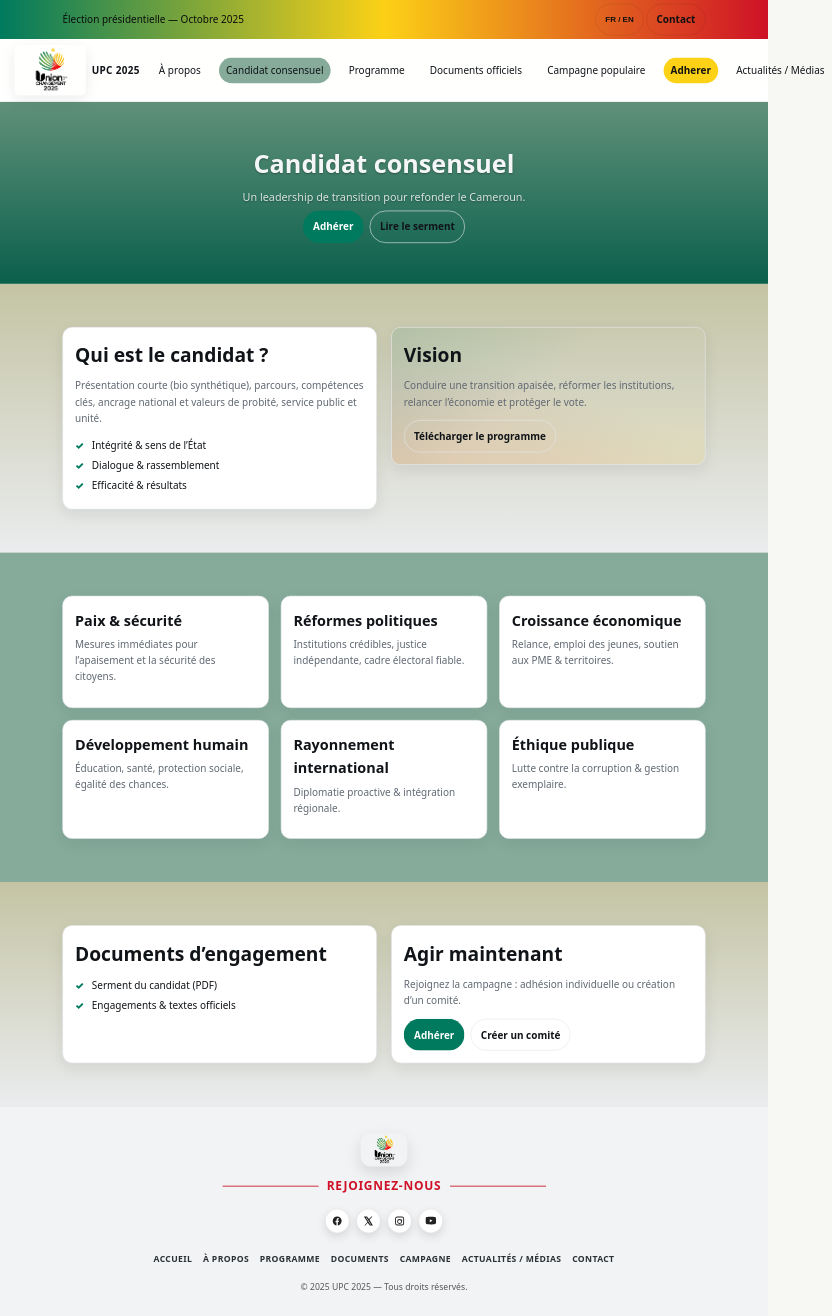
Repository: Kishny/upc2025
Page: candidat.html
The author's editor kept a copy of each file at every save. The page is drawn from the files as they stood at one save, then again after the next save.
The browser window is 1280 px wide. The page is 1386 px wide, so the pictures cover 1386 px, including what lies to the right of the window. The pictures show the whole page, at 60% of full size.

Above is the page before, as saved 2025-09-11 20:19:24.
Console error: ReferenceError: DICT_ABOUT is not defined

### candidat.html
<!DOCTYPE html>
<html lang="fr">
  <head>
    <meta charset="utf-8" />
    <meta name="viewport" content="width=device-width,initial-scale=1" />
    <title data-i18n="candidate_meta_title">
      Candidat consensuel — UPC 2025
    </title>
    <meta
      name="description"
      content="Présentation du candidat consensuel, vision et engagements UPC 2025."
    />
    <link rel="preload" href="assets/css/styles.css" as="style" />
    <link rel="stylesheet" href="assets/css/styles.css" />
    <link rel="icon" href="assets/img/logo.png" />
  </head>
  <body>
    <!-- Topbar -->
    <div class="topbar">
      <div class="container">
        <span class="topbar__msg" data-i18n="topbar_msg"
          >Élection présidentielle — Octobre 2025</span
        >
        <div class="topbar__actions">
          <button
            id="langToggle"
            class="btn btn--ghost"
            aria-label="Toggle language"
          >
            FR / EN
          </button>
          <a class="btn btn--ghost" href="contact.html" data-i18n="contact"
            >Contact</a
          >
        </div>
      </div>
    </div>

    <!-- Header / Nav -->
    <header class="header">
      <div class="container header__inner">
        <a href="index.html" class="brand">
          <img src="assets/img/logo.png" alt="UPC 2025" class="brand__logo" />
          <span class="brand__title">UPC 2025</span>
        </a>

        <nav id="nav" class="nav" aria-label="Navigation principale">
          <a href="a-propos.html" data-i18n="nav_about">À propos</a>
          <!-- AJOUTER juste après "À propos" (ordre au choix) -->
          <a href="candidat.html" data-i18n="nav_candidate"
            >Candidat consensuel</a
          >
          <a href="programme.html" data-i18n="nav_program">Programme</a>
          <a href="documents.html" data-i18n="nav_docs">Documents officiels</a>
          <a href="campagne-populaire.html" data-i18n="nav_campaign"
            >Campagne populaire</a
          >
          <!-- MODIFIER l’existant : ancien href="participez.html" -->
          <a href="adherer.html" class="nav__cta" data-i18n="nav_join"
            >Adherer</a
          >
          <a href="actualites-medias.html" data-i18n="nav_news_media"
            >Actualités / Médias</a
          >
        </nav>

        <button id="burger" class="burger" aria-label="Menu">
          <span></span><span></span><span></span>
        </button>
      </div>
    </header>

    <!-- Hero -->
    <section class="hero" style="min-height: clamp(220px, 42vh, 520px)">
      <div class="hero__content container">
        <h1 class="hero__title" data-i18n="candidate_title">
          Candidat consensuel
        </h1>
        <p class="hero__subtitle" data-i18n="candidate_subtitle">
          Un leadership de transition pour refonder le Cameroun.
        </p>
        <div class="hero__cta">
          <a
            href="participez.html#adhesion"
            class="btn btn--primary"
            data-i18n="cta_join_short"
            >Adhérer</a
          >
          <a
            href="documents-officiels.html#oath"
            class="btn btn--outline"
            data-i18n="candidate_read_oath"
            >Lire le serment</a
          >
        </div>
      </div>
    </section>

    <main>
      <!-- Présentation courte -->
      <section class="section">
        <div class="container grid-2" style="align-items: start">
          <article class="card">
            <h2 data-i18n="candidate_who_title">Qui est le candidat ?</h2>
            <p data-i18n="candidate_who_text">
              Présentation courte (bio synthétique), parcours, compétences clés,
              ancrage national et valeurs de probité, service public et unité.
            </p>
            <ul class="checklist">
              <li data-i18n="candidate_value_1">Intégrité & sens de l’État</li>
              <li data-i18n="candidate_value_2">Dialogue & rassemblement</li>
              <li data-i18n="candidate_value_3">Efficacité & résultats</li>
            </ul>
          </article>

          <aside class="card gradient-cm">
            <h2 data-i18n="candidate_vision_title">Vision</h2>
            <p data-i18n="candidate_vision_text">
              Conduire une transition apaisée, réformer les institutions,
              relancer l’économie et protéger le vote.
            </p>
            <a
              href="programme.html"
              class="btn btn--outline"
              data-i18n="cta_program"
              >Télécharger le programme</a
            >
          </aside>
        </div>
      </section>

      <!-- Engagements clés -->
      <section class="section section--alt">
        <div class="container cards">
          <article class="card">
            <h3 data-i18n="candidate_pillar_1">Paix & sécurité</h3>
            <p data-i18n="candidate_pillar_1_desc">
              Mesures immédiates pour l’apaisement et la sécurité des citoyens.
            </p>
          </article>
          <article class="card">
            <h3 data-i18n="candidate_pillar_2">Réformes politiques</h3>
            <p data-i18n="candidate_pillar_2_desc">
              Institutions crédibles, justice indépendante, cadre électoral
              fiable.
            </p>
          </article>
          <article class="card">
            <h3 data-i18n="candidate_pillar_3">Croissance économique</h3>
            <p data-i18n="candidate_pillar_3_desc">
              Relance, emploi des jeunes, soutien aux PME & territoires.
            </p>
          </article>
          <article class="card">
            <h3 data-i18n="candidate_pillar_4">Développement humain</h3>
            <p data-i18n="candidate_pillar_4_desc">
              Éducation, santé, protection sociale, égalité des chances.
            </p>
          </article>
          <article class="card">
            <h3 data-i18n="candidate_pillar_5">Rayonnement international</h3>
            <p data-i18n="candidate_pillar_5_desc">
              Diplomatie proactive & intégration régionale.
            </p>
          </article>
          <article class="card">
            <h3 data-i18n="candidate_pillar_6">Éthique publique</h3>
            <p data-i18n="candidate_pillar_6_desc">
              Lutte contre la corruption & gestion exemplaire.
            </p>
          </article>
        </div>
      </section>

      <!-- Documents / Preuves d’engagement -->
      <section class="section">
        <div class="container grid-2">
          <div class="card">
            <h2 data-i18n="candidate_docs_title">Documents d’engagement</h2>
            <ul class="checklist">
              <li>
                <a
                  href="assets/docs/UPC_2025_Oath_Candidat.pdf"
                  target="_blank"
                  data-i18n="candidate_doc_oath"
                  >Serment du candidat (PDF)</a
                >
              </li>
              <li>
                <a
                  href="documents-officiels.html"
                  data-i18n="candidate_doc_commitment"
                  >Engagements & textes officiels</a
                >
              </li>
            </ul>
          </div>
          <div class="card">
            <h2 data-i18n="candidate_cta_title">Agir maintenant</h2>
            <p data-i18n="candidate_cta_text">
              Rejoignez la campagne : adhésion individuelle ou création d’un
              comité.
            </p>
            <div class="hero__cta" style="justify-content: flex-start">
              <a
                href="participez.html#adhesion"
                class="btn btn--primary"
                data-i18n="cta_join_short"
                >Adhérer</a
              >
              <a
                href="campagne-populaire.html#comite"
                class="btn btn--outline"
                data-i18n="cta_create_committee"
                >Créer un comité</a
              >
            </div>
          </div>
        </div>
      </section>
    </main>

    <!-- Footer -->
    <footer class="footer footer--clean">
      <div class="container footer__wrap">
        <!-- Logo -->
        <img src="assets/img/logo.png" alt="UPC 2025" class="footer__logo" />

        <!-- Titre + lignes -->
        <div class="footer__titleline">
          <span class="footer__line"></span>
          <h3 class="footer__title">REJOIGNEZ-NOUS</h3>
          <span class="footer__line"></span>
        </div>

        <!-- Réseaux -->
        <ul class="footer__socials">
          <li>
            <a class="sbtn" href="#" aria-label="Facebook" title="Facebook">
              <!-- FB SVG -->
              <svg
                viewBox="0 0 24 24"
                width="18"
                height="18"
                fill="currentColor"
                aria-hidden="true"
              >
                <path
                  d="M22 12.06C22 6.49 17.52 2 12 2S2 6.49 2 12.06c0 5.02 3.66 9.18 8.44 9.94v-7.03H8.08v-2.9h2.36V9.41c0-2.33 1.39-3.61 3.52-3.61.99 0 2.02.18 2.02.18v2.23h-1.14c-1.12 0-1.47.7-1.47 1.42v1.71h2.5l-.4 2.9h-2.1V22c4.78-.76 8.44-4.92 8.44-9.94z"
                />
              </svg>
            </a>
          </li>
          <li>
            <a class="sbtn" href="#" aria-label="X / Twitter" title="X">
              <!-- X SVG -->
              <svg
                viewBox="0 0 24 24"
                width="18"
                height="18"
                fill="currentColor"
                aria-hidden="true"
              >
                <path
                  d="M18.9 2H21l-6.47 7.39L22 22h-6.86l-4.69-6.12L4.9 22H3l6.92-7.91L2 2h6.97l4.27 5.73L18.9 2zm-2.41 18h1.35L7.63 4H6.2l10.29 16z"
                />
              </svg>
            </a>
          </li>
          <li>
            <a class="sbtn" href="#" aria-label="Instagram" title="Instagram">
              <!-- IG SVG -->
              <svg
                viewBox="0 0 24 24"
                width="18"
                height="18"
                fill="currentColor"
                aria-hidden="true"
              >
                <path
                  d="M7 2h10a5 5 0 0 1 5 5v10a5 5 0 0 1-5 5H7a5 5 0 0 1-5-5V7a5 5 0 0 1 5-5zm0 2a3 3 0 0 0-3 3v10a3 3 0 0 0 3 3h10a3 3 0 0 0 3-3V7a3 3 0 0 0-3-3H7zm5 3.5a5.5 5.5 0 1 1 0 11 5.5 5.5 0 0 1 0-11zm0 2a3.5 3.5 0 1 0 0 7 3.5 3.5 0 0 0 0-7zm5.25-.75a1 1 0 1 1 0 2 1 1 0 0 1 0-2z"
                />
              </svg>
            </a>
          </li>
          <li>
            <a class="sbtn" href="#" aria-label="YouTube" title="YouTube">
              <!-- YT SVG -->
              <svg
                viewBox="0 0 24 24"
                width="18"
                height="18"
                fill="currentColor"
                aria-hidden="true"
              >
                <path
                  d="M23.5 6.2s-.23-1.64-.94-2.35c-.9-.94-1.9-.95-2.36-1C16.5 2.5 12 2.5 12 2.5h0s-4.5 0-8.2.35c-.46.06-1.46.06-2.36 1C.73 4.55.5 6.2.5 6.2S.25 8.1.25 10v1.99c0 1.9.25 3.8.25 3.8s.23 1.64.94 2.35c.9.94 2.09.91 2.62 1.02C6.14 19.4 12 19.5 12 19.5s4.5 0 8.2-.35c.46-.06 1.46-.06 2.36-1 .71-.71.94-2.35.94-2.35s.25-1.9.25-3.8V10c0-1.9-.25-3.8-.25-3.8zM9.75 15.02V7.98l6.01 3.52-6.01 3.52z"
                />
              </svg>
            </a>
          </li>
        </ul>

        <!-- Navigation -->
        <nav class="footer__nav">
          <a href="index.html">Accueil</a>
          <a href="a-propos.html">À propos</a>
          <a href="programme.html">Programme</a>
          <a href="documents-officiels.html">Documents</a>
          <a href="campagne-populaire.html">Campagne</a>
          <a href="actualites-medias.html">Actualités / Médias</a>
          <a href="contact.html">Contact</a>
        </nav>

        <!-- Copyright -->
        <small class="footer__copy">
          © <span id="year"></span> UPC 2025 — Tous droits réservés.
        </small>
      </div>
    </footer>
    <script src="assets/js/app.js" defer></script>
  </body>
</html>

Loaded but not shown: assets/js/app.js (1171 lines, source omitted); assets/css/styles.css (1756 lines, source omitted)

After the next save:
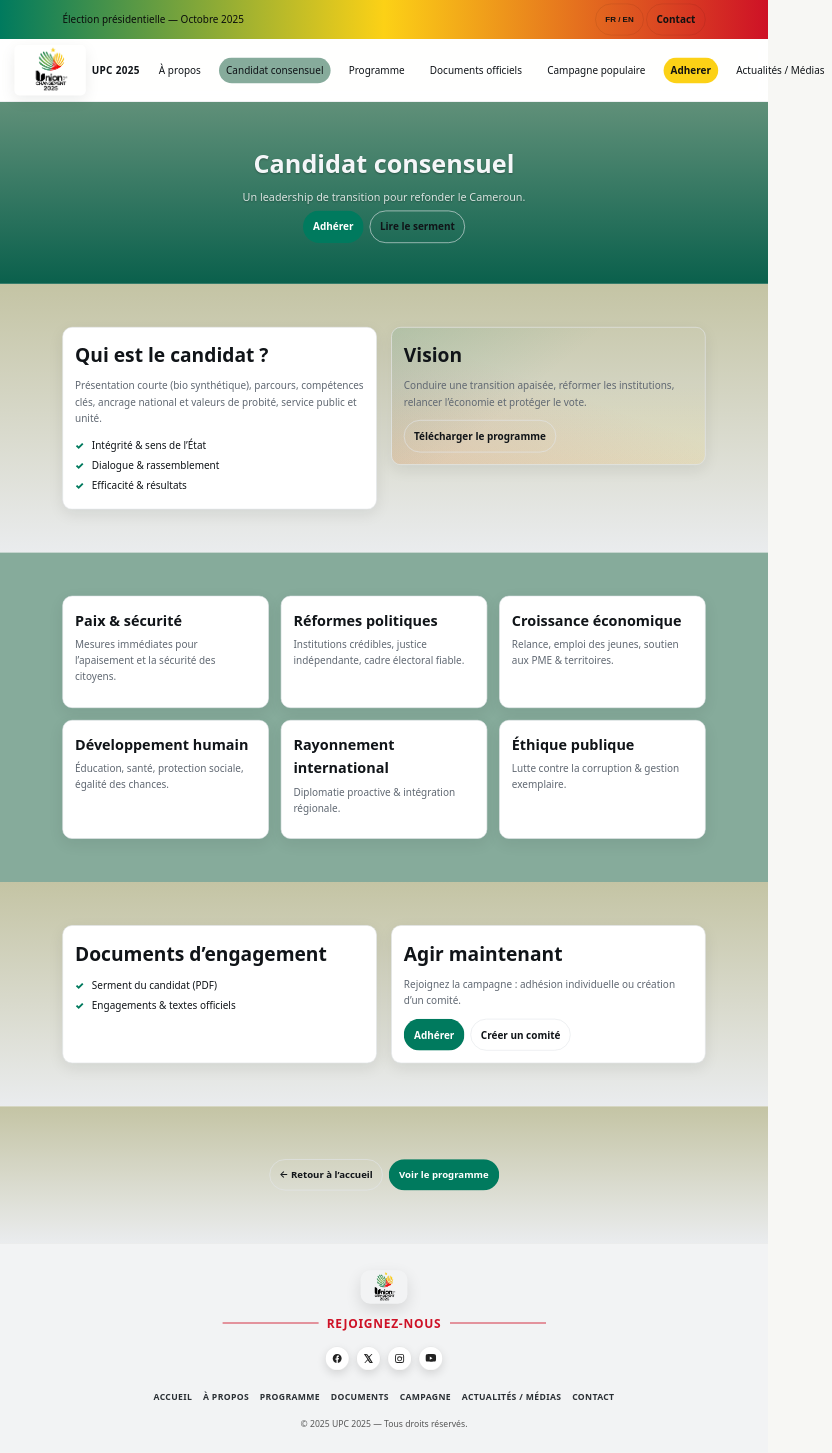
Saved 8 min 16 s later.
--- a/candidat.html
+++ b/candidat.html
@@ -220,6 +220,22 @@
       </section>
     </main>
 
+    <!-- Section navigation (Accueil / Programme) -->
+    <section class="section section--inset">
+      <div class="container hero__cta nav-cta">
+        <a href="index.html" class="btn btn--outline" data-i18n="back_home">
+          ← Retour à l’accueil
+        </a>
+        <a
+          href="programme.html"
+          class="btn btn--primary"
+          data-i18n="cta_program"
+        >
+          Voir le programme
+        </a>
+      </div>
+    </section>
+
     <!-- Footer -->
     <footer class="footer footer--clean">
       <div class="container footer__wrap">
